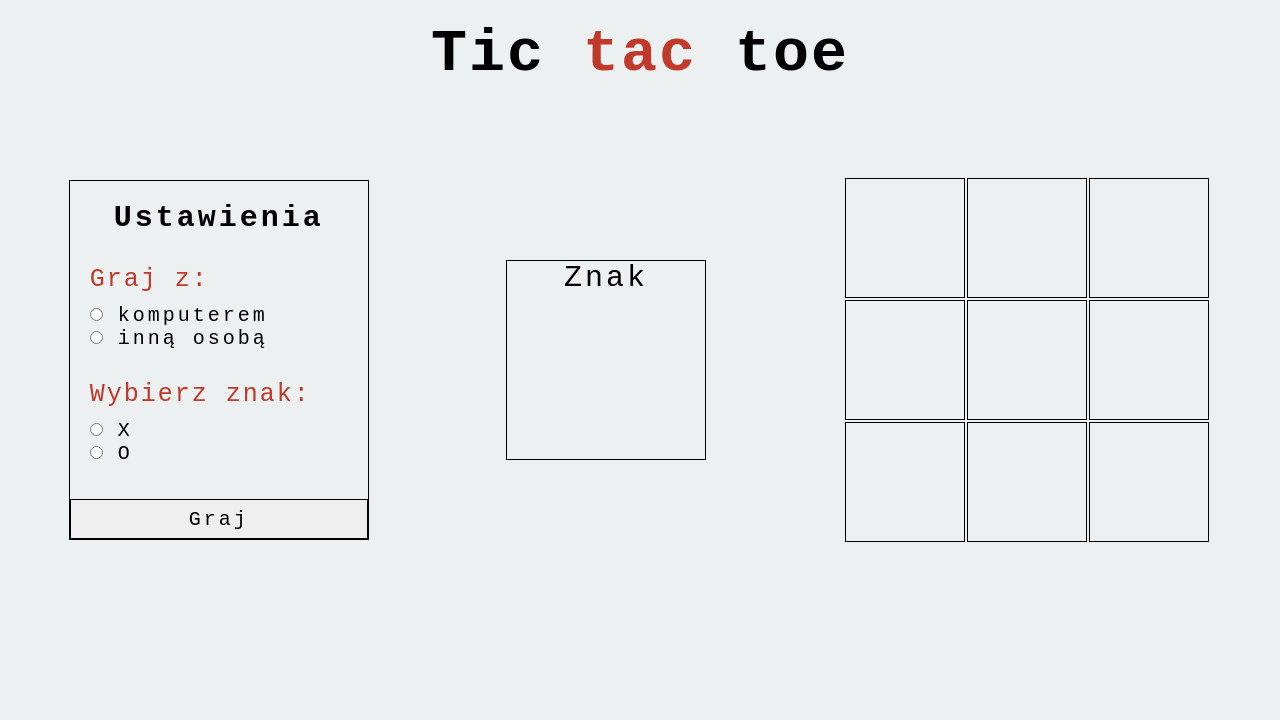
Repository: SebastianArmata22/Tic-Tac-Toe
Page: index.html
The author's editor kept a copy of each file at every save. The page is drawn from the files as they stood at one save, then again after the next save.
The browser window is 1280 px wide. The pictures show the whole page.
After loading, the first visible `#\31` was clicked once.
Some web fonts or font styles are not loaded; a fallback is used.

Above is the page before, as saved 2020-11-11 19:18:35.

After the next save:
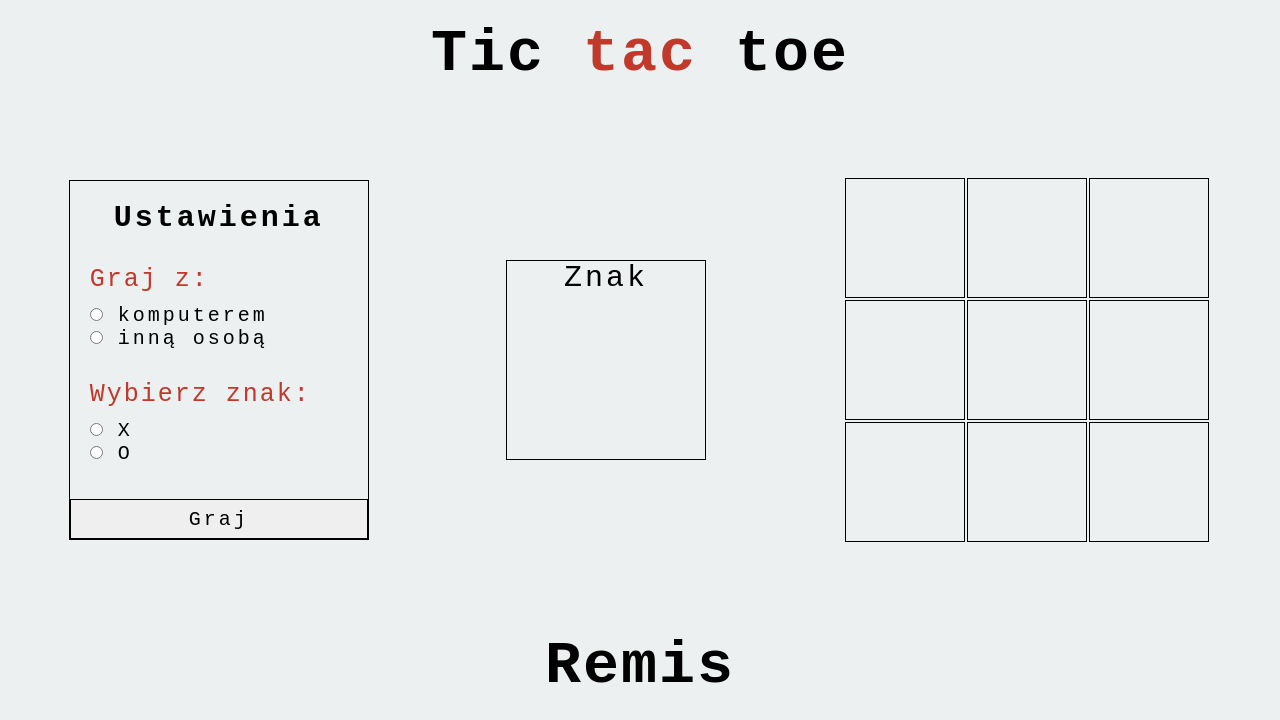
Saved 97 s later.
--- a/script.js
+++ b/script.js
@@ -93,8 +93,7 @@
             console.log("jjj");
         }
         }
-    }
-     if(!checkTie)
+    }else if(!checkTie())
     winText.innerHTML='Remis';
 }
 function cleanBoard(){

After the save that followed:
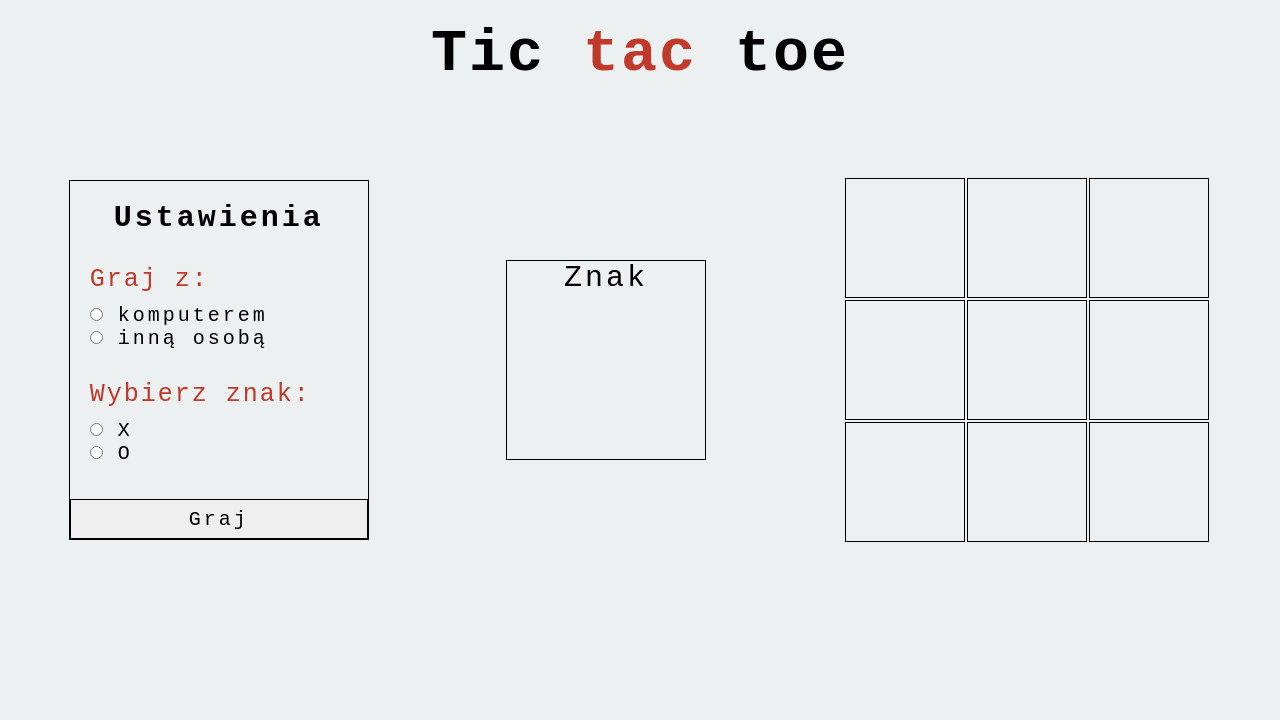
Saved 79 s later.
--- a/script.js
+++ b/script.js
@@ -77,6 +77,8 @@
         presentSign=signX;
         }
         sign.innerHTML=presentSign;
+        if(!checkTie())
+    winText.innerHTML='Remis';
 }
 
 function choiceSquare(square, number){
@@ -93,8 +95,7 @@
             console.log("jjj");
         }
         }
-    }else if(!checkTie())
-    winText.innerHTML='Remis';
+    }
 }
 function cleanBoard(){
     for(i=0;i<9;i++){
